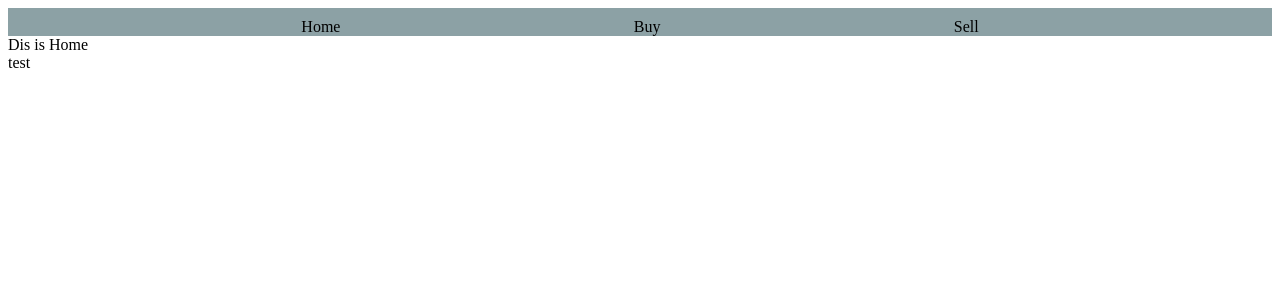
Repository: RiteshK555/itw-project
Page: http://localhost/
These files come from the project's save history. The page is drawn as it stood at one moment and after the next save; the edit follows.
The browser window is 1280 px wide. The pictures show the whole page.
The page is served by the project's application, run on Django 3.2 (student_olx/manage.py).

Above is the page before, as saved 2021-09-16 22:57:05.

After the next save:
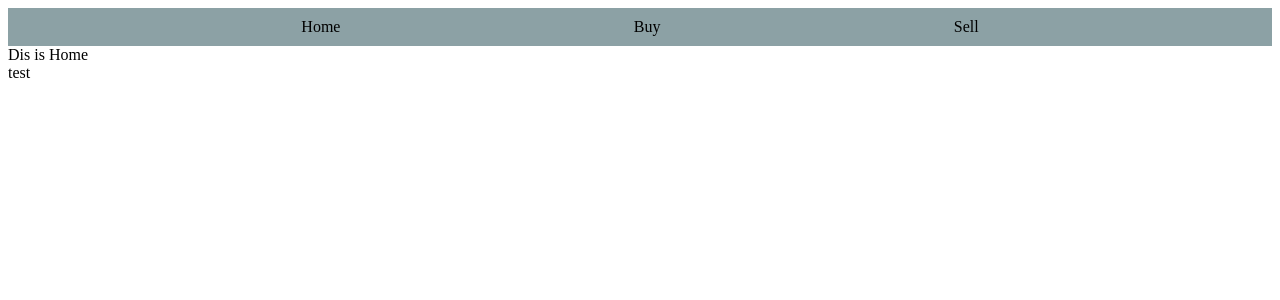
Saved 4 s later.
--- a/student_olx/main/static/main/style.css
+++ b/student_olx/main/static/main/style.css
@@ -5,7 +5,7 @@ h1{
     display: flex;
     justify-content: space-evenly;
     padding-top: 10px;
-    padding-: 10px;
+    padding-bottom: 10px;
     background-color:#8CA1A5;
 }
 a{
